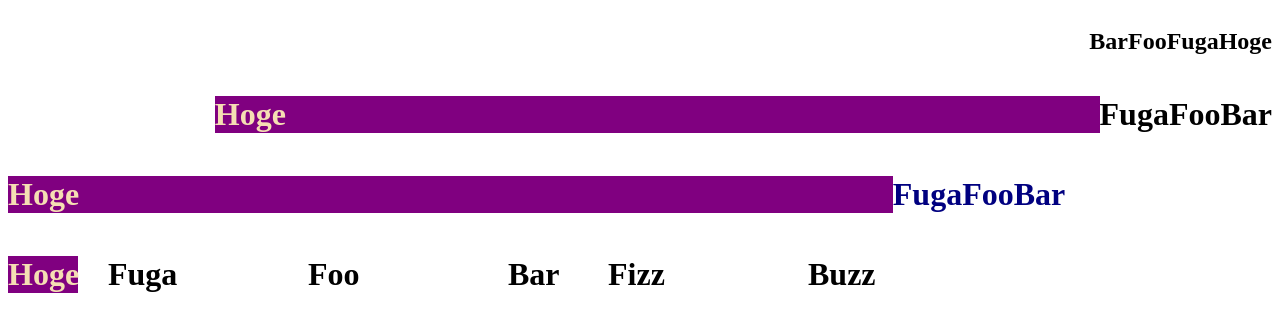
Repository: oubuzenmei/samurai_HTML-CSS
Page: index/images/hoge.html
The author's editor kept a record of every edit. The page is drawn from the files as they stood at one moment, then again after the next edit.
The browser window is 1280 px wide. The pictures show the whole page.

Above is the page before.

### index/images/hoge.html
<!DOCTYPE html>
<html lang="ja">
    <head>
        <style>
            h1:first-of-type {
                background-color: purple;
                color: wheat;
                width: 70%;
            }

            #flex-flow {
                display: flex;
                flex-flow: row-reverse wrap;
            }

            #flex-end {
                display: flex;
                justify-content: flex-end;
            }

            #stretch {
                display: flex;
                align-content: stretch;
                color: navy;
            }

            #grid {
                display: grid;
                grid-template-columns: 100px 200px 200px 100px 200px 100px;
            }
        </style>
    </head>
    <body>
        <div id="flex-flow">
            <h2>Hoge</h2>
            <h2>Fuga</h2>
            <h2>Foo</h2>
            <h2>Bar</h2>
        </div>

        <div id="flex-end">
            <h1>Hoge</h1>
            <h1>Fuga</h1>
            <h1>Foo</h1>
            <h1>Bar</h1>
        </div>

        <div id="stretch">
            <h1>Hoge</h1>
            <h1>Fuga</h1>
            <h1>Foo</h1>
            <h1>Bar</h1>
        </div>

        <div id="grid">
            <h1>Hoge</h1>
            <h1>Fuga</h1>
            <h1>Foo</h1>
            <h1>Bar</h1>
            <h1>Fizz</h1>
            <h1>Buzz</h1>
        </div>
    </body>
</html>

After the next edit:
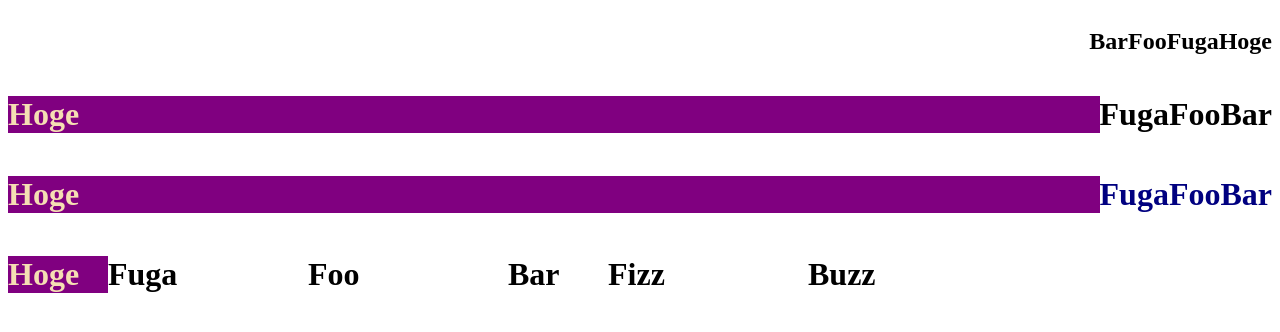
The edit:
--- a/index/images/hoge.html
+++ b/index/images/hoge.html
@@ -5,7 +5,7 @@
             h1:first-of-type {
                 background-color: purple;
                 color: wheat;
-                width: 70%;
+                width: 100%;
             }
 
             #flex-flow {
